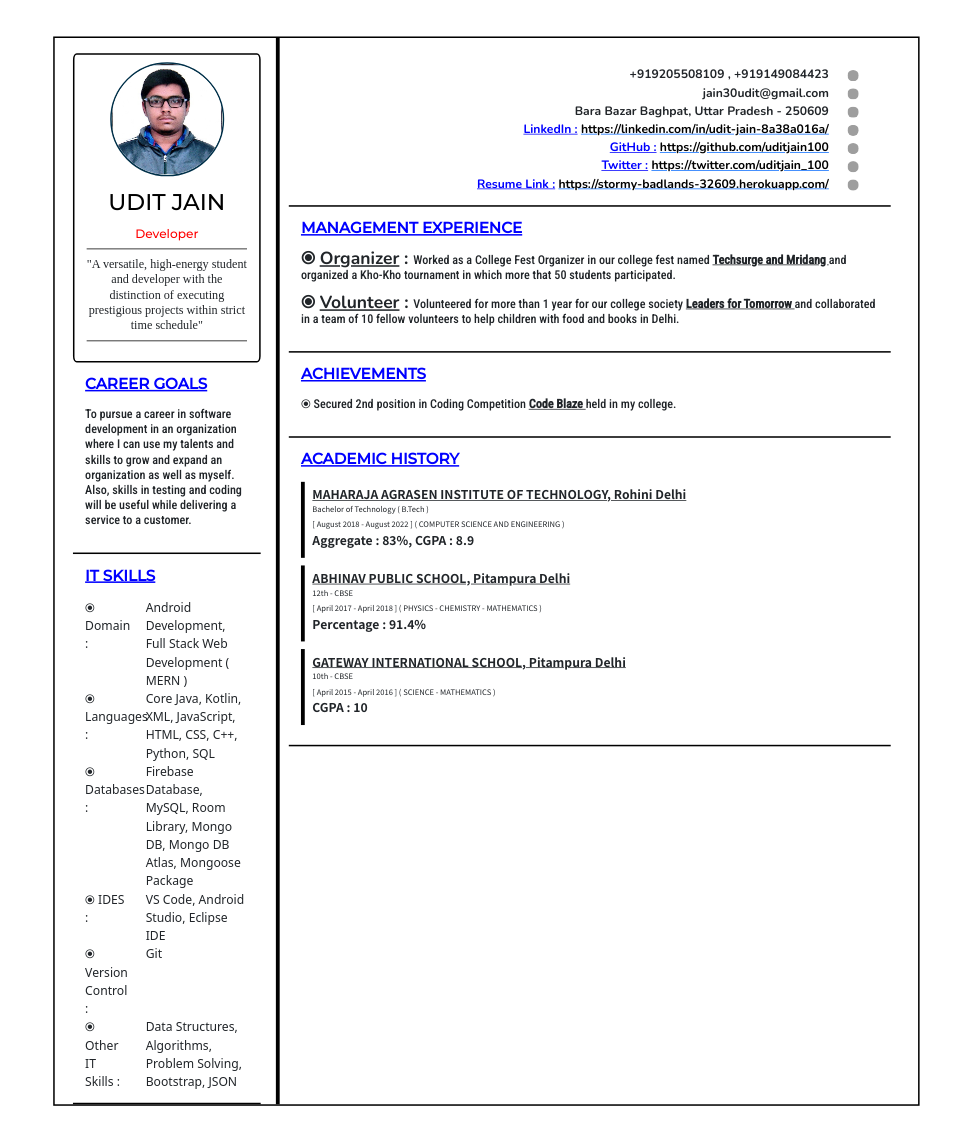
Repository: uditjain100/Resume
Page: app.html
An editor plug-in stored every save of this project. The page is shown before and after the next save, followed by the edit.
The browser window is 1280 px wide. The pictures show the whole page, at 76% of full size.
Pictures or frames that could not be fetched are drawn as grey boxes. Some web fonts or font styles are not loaded; a fallback is used.

Above is the page before, as saved 2021-05-27 18:22:09.

### app.html
<!DOCTYPE html>
<html lang="en">
	<head>
		<meta charset="UTF-8" />
		<meta http-equiv="X-UA-Compatible" content="IE=edge" />
		<meta name="viewport" content="width=device-width, initial-scale=1.0" />
		<title>RESUME : Udit Jain</title>
		<link rel="stylesheet" href="app.css" />
		<script
			src="https://code.jquery.com/jquery-3.5.1.min.js"
			integrity="sha256-9/aliU8dGd2tb6OSsuzixeV4y/faTqgFtohetphbbj0="
			crossorigin="anonymous"
		></script>
		<link
			href="https://cdn.jsdelivr.net/npm/bootstrap@5.0.0-beta1/dist/css/bootstrap.min.css"
			rel="stylesheet"
			integrity="sha384-giJF6kkoqNQ00vy+HMDP7azOuL0xtbfIcaT9wjKHr8RbDVddVHyTfAAsrekwKmP1"
			crossorigin="anonymous"
		/>

		<link rel="preconnect" href="https://fonts.gstatic.com" />
		<link
			href="https://fonts.googleapis.com/css2?family=Montserrat:wght@300;500&display=swap"
			rel="stylesheet"
		/>
		<link
			href="https://fonts.googleapis.com/css2?family=Roboto+Condensed:wght@500&display=swap"
			rel="stylesheet"
		/>
		<link
			href="https://fonts.googleapis.com/css2?family=Spartan:wght@500&display=swap"
			rel="stylesheet"
		/>
		<link
			href="https://fonts.googleapis.com/css2?family=Red+Hat+Display&display=swap"
			rel="stylesheet"
		/>
		<link
			href="https://fonts.googleapis.com/css2?family=Ubuntu:wght@300&display=swap"
			rel="stylesheet"
		/>
		<link
			href="https://fonts.googleapis.com/css2?family=Quicksand:wght@700&display=swap"
			rel="stylesheet"
		/>
		<link
			href="https://fonts.googleapis.com/css2?family=Nunito:wght@700&display=swap"
			rel="stylesheet"
		/>
		<link
			href="https://fonts.googleapis.com/css2?family=Akaya+Kanadaka&display=swap"
			rel="stylesheet"
		/>
		<link
			href="https://fonts.googleapis.com/css2?family=Poppins:wght@400&display=swap"
			rel="stylesheet"
		/>
		<link
			href="https://fonts.googleapis.com/css2?family=Noto+Sans+JP&display=swap"
			rel="stylesheet"
		/>
	</head>
	<body>
		<main class="container row my-5 mx-auto" id="wholewindow">
			<section id="leftwindow" class="col-3">
				<article id="namebox">
					<img
						id="profileimg"
						src="profile.jpg"
						class="card-img-top"
						alt="..."
					/>
					<div class="card-body">
						<h3
							class="card-title"
							style="
								color: black;
								text-decoration: none;
								font-size: 30px;
								font-weight: 400;
							"
						>
							UDIT JAIN
						</h3>
						<h6 class="card-subtitle mx-auto">Developer</h6>
						<p id="summary">
							"A versatile, high-energy student and developer with the
							distinction of executing prestigious projects within strict time
							schedule"
						</p>
					</div>
				</article>
				<article class="card-body" id="goalbox">
					<h3 class="card-title">CAREER GOALS</h3>
					<p>
						To pursue a career in software development in an organization where
						I can use my talents and skills to grow and expand an organization
						as well as myself. Also, skills in testing and coding will be useful
						while delivering a service to a customer.
					</p>
				</article>
				<article id="itskillsbox">
					<div class="card-body">
						<h3 class="card-title">IT SKILLS</h3>
						<ul class="list-group">
							<li id="itskillsitem" class="row">
								<span class="col-4" id="que">⦿ Domain : </span>
								<span class="col-8" id="ans"
									>Android Development, Full Stack Web Development ( MERN
									)</span
								>
							</li>
							<li id="itskillsitem" class="row">
								<span class="col-4" id="que">⦿ Languages : </span>
								<span class="col-8" id="ans"
									>Core Java, Kotlin, XML, JavaScript, HTML, CSS, C++, Python,
									SQL</span
								>
							</li>
							<li id="itskillsitem" class="row">
								<span class="col-4" id="que">⦿ Databases : </span>
								<span class="col-8" id="ans"
									>Firebase Database, MySQL, Room Library, Mongo DB, Mongo DB
									Atlas, Mongoose Package</span
								>
							</li>
							<li id="itskillsitem" class="row">
								<span class="col-4" id="que">⦿ IDES : </span>
								<span class="col-8" id="ans"
									>VS Code, Android Studio, Eclipse IDE</span
								>
							</li>
							<li id="itskillsitem" class="row">
								<span class="col-4" id="que">⦿ Version Control : </span>
								<span class="col-8" id="ans">Git</span>
							</li>
							<li id="itskillsitem" class="row">
								<span class="col-4" id="que">⦿ Other IT Skills : </span>
								<span class="col-8" id="ans"
									>Data Structures, Algorithms, Problem Solving, Bootstrap,
									JSON</span
								>
							</li>
						</ul>
					</div>
				</article>
			</section>
			<section id="rightwindow" class="col-9">
				<article class="card-body" id="contactbox">
					<ul class="list-group">
						<li id="contactitem" class="row">
							<div class="col-11">+919205508109 , +919149084423</div>
							<div class="col-1">
								<img
									src="https://cdn.jsdelivr.net/npm/simple-icons@3.0.1/icons/android.svg"
									alt=""
								/>
							</div>
						</li>
						<li id="contactitem" class="row">
							<div class="col-11">jain30udit@gmail.com</div>
							<div class="col-1">
								<img
									src="https://cdn.jsdelivr.net/npm/simple-icons@3.0.1/icons/gmail.svg"
									alt=""
								/>
							</div>
						</li>
						<li id="contactitem" class="row">
							<div class="col-11">
								Bara Bazar Baghpat, Uttar Pradesh - 250609
							</div>
							<div class="col-1">
								<img
									src="https://cdn.jsdelivr.net/npm/simple-icons@3.0.1/icons/googlemaps.svg"
									alt=""
								/>
							</div>
						</li>
						<li id="contactitem" class="row">
							<div class="col-11">
								<span>LinkedIn :</span>
								<a href="https://linkedin.com/in/udit-jain-8a38a016a/"
									><span id="link"
										>https://linkedin.com/in/udit-jain-8a38a016a/</span
									></a
								>
							</div>
							<div class="col-1">
								<img
									src="https://cdn.jsdelivr.net/npm/simple-icons@4.13.0/icons/linkedin.svg"
									alt=""
								/>
							</div>
						</li>
						<li id="contactitem" class="row">
							<div class="col-11">
								<span>GitHub :</span>
								<a href="https://github.com/uditjain100"
									><span id="link">https://github.com/uditjain100</span></a
								>
							</div>
							<div class="col-1">
								<img
									src="https://cdn.jsdelivr.net/npm/simple-icons@4.13.0/icons/github.svg"
									alt=""
								/>
							</div>
						</li>
						<li id="contactitem" class="row">
							<div class="col-11">
								<span>Twitter :</span>
								<a href="https://twitter.com/uditjain_100"
									><span id="link">https://twitter.com/uditjain_100</span></a
								>
							</div>
							<div class="col-1">
								<img
									src="https://cdn.jsdelivr.net/npm/simple-icons@4.13.0/icons/twitter.svg"
									alt=""
								/>
							</div>
						</li>
						<li id="contactitem" class="row">
							<div class="col-11">
								<span>Resume Link :</span>
								<a href="https://stormy-badlands-32609.herokuapp.com/"
									><span id="link"
										>https://stormy-badlands-32609.herokuapp.com/</span
									></a
								>
							</div>
							<div class="col-1">
								<img
									src="https://cdn.jsdelivr.net/npm/simple-icons@4.13.0/icons/webpack.svg"
									alt=""
								/>
							</div>
						</li>
					</ul>
				</article>

				<article class="card-body" id="managementskillsbox">
					<h3 class="card-title">MANAGEMENT EXPERIENCE</h3>
					<ul class="list-group">
						<li id="managementskillsitem">
							<p>
								<span id="tag">⦿ <span>Organizer</span> : </span>
								Worked as a College Fest Organizer in our college fest named
								<span style="font-weight: 700; text-decoration: underline"
									>Techsurge and Mridang
								</span>
								and organized a Kho-Kho tournament in which more that 50
								students participated.
							</p>
						</li>
						<li id="managementskillsitem">
							<p>
								<span id="tag">⦿ <span>Volunteer</span> : </span>
								Volunteered for more than 1 year for our college society
								<span style="font-weight: 700; text-decoration: underline"
									>Leaders for Tomorrow </span
								>and collaborated in a team of 10 fellow volunteers to help
								children with food and books in Delhi.
							</p>
						</li>
					</ul>
				</article>

				<article class="card-body" id="achievementsbox">
					<h3 class="card-title">ACHIEVEMENTS</h3>
					<ul class="list-group">
						<li id="achievementitem" class="row">
							<p>
								⦿ Secured 2nd position in Coding Competition
								<span style="font-weight: 700; text-decoration: underline"
									>Code Blaze
								</span>
								held in my college.
							</p>
						</li>
					</ul>
				</article>

				<article class="card-body" id="educationbox">
					<h3 class="card-title">ACADEMIC HISTORY</h3>
					<ul class="list-group">
						<li id="educationitem">
							<h6 id="institutename">
								MAHARAJA AGRASEN INSTITUTE OF TECHNOLOGY, Rohini Delhi
							</h6>
							<h6 id="stream">Bachelor of Technology ( B.Tech )</h6>
							<h6 id="subjects">
								[ August 2018 - August 2022 ] ( COMPUTER SCIENCE AND ENGINEERING
								)
							</h6>
							<h6 id="marks">Aggregate : 83%, CGPA : 8.9</h6>
						</li>
						<li id="educationitem">
							<h6 id="institutename">ABHINAV PUBLIC SCHOOL, Pitampura Delhi</h6>
							<h6 id="stream">12th - CBSE</h6>
							<h6 id="subjects">
								[ April 2017 - April 2018 ] ( PHYSICS - CHEMISTRY - MATHEMATICS
								)
							</h6>
							<h6 id="marks">Percentage : 91.4%</h6>
						</li>
						<li id="educationitem">
							<h6 id="institutename">
								GATEWAY INTERNATIONAL SCHOOL, Pitampura Delhi
							</h6>
							<h6 id="stream">10th - CBSE</h6>
							<h6 id="subjects">
								[ April 2015 - April 2016 ] ( SCIENCE - MATHEMATICS )
							</h6>
							<h6 id="marks">CGPA : 10</h6>
						</li>
					</ul>
				</article>
			</section>
		</main>
	</body>
</html>

### app.css
/* * Common Section */

@keyframes transitionIn {
	from {
		opacity: 0;
		transform: rotateY(-10deg);
	}
	to {
		opacity: 1;
		transform: rotateY(0);
	}
}

html {
	animation: transitionIn 1s;
}

p {
	font-family: "Roboto Condensed", sans-serif;
	line-height: 20px;
}

ul {
	list-style: none;
}
article {
	border-bottom: 2px black solid;
}

.card {
	background-color: black;
}

.card-title {
	font-family: "Montserrat";
	color: blue;
	text-decoration: underline;
	font-weight: 900;
	font-size: 20px;
	padding-bottom: 10px;
	border: none;
}

.footer {
	position: -webkit-sticky;
	left: 0;
	bottom: 0;
	width: 100%;
	color: white;
	text-align: center;
	font-family: "Montserrat";
}

/*  ********************* resume work */

#wholewindow {
	border: 2px black solid;
	display: flex;
	flex-direction: row;
	flex-wrap: wrap;
	justify-content: space-evenly;
	/* align-items: center; */
}

#leftwindow {
	border-right: 5px black solid;
	padding: 20px 20px 0px 0px;
	min-width: 250px;
}

#rightwindow {
	padding-top: 20px;
	min-width: 250px;
}

#namebox {
	display: flex;
	flex-direction: column;
	flex-wrap: wrap;
	align-items: center;
	text-align: center;
	font-family: "Montserrat";
	border: 2px black solid;
	border-radius: 2%;
}

#profileimg {
	width: 150px;
	height: 150px;
	border-radius: 50%;
	border: 2px #003049 solid;
	margin-top: 10px;
}
#summary {
	font-family: "Akaya Kanadaka";
	margin-top: 10px;
	margin-bottom: 10px;
	padding-top: 10px;
	padding-bottom: 10px;

	border-bottom: 1px black solid;
	border-top: 1px black solid;
}

.card-subtitle {
	color: red;
}

#managementskillsitem p {
	line-height: 20px;
}

#tag {
	font-family: "Nunito";
	font-size: 23px;
	font-weight: 900;
	text-align: left;
}

#tag span {
	text-decoration: underline;
}

li img {
	width: 15px;
	height: 15px;
	border-radius: 50%;
	margin-right: 5px;
}

#contactbox {
	border-bottom: 2px black solid;
}

#contactitem {
	font-family: "Nunito";
}

#contactitem .col-11 {
	text-align: end;
}

#contactitem .col-11 span {
	font-weight: 600;
	color: blue;
	text-decoration: underline;
}

#contactitem .col-11 a span {
	color: black;
	text-decoration: none;
}

#educationtitle {
	font-family: "Red Hat Display";
	font-weight: 200;
}

#educationitem,
#projectitem {
	margin-bottom: 10px;
	padding: 10px 0px 10px 10px;
	border-left: 5px black solid;
}

#educationbox {
	font-family: "Noto Sans JP";
}

#educationitem h6 {
	line-height: 12px;
}

#institutename {
	text-decoration: underline;
	font-weight: 800;
	font-size: 16px;
}

#timestamp {
	font-size: 10px;
}

#stream {
	font-size: 10px;
	font-weight: 400;
}

#subjects {
	font-size: 10px;
	font-weight: 300;
}

#marks {
	/* font-size: 15px; */
	font-weight: 700;
}

#projecttitle {
	font-family: "Red Hat Display";
	font-weight: 400;
}

#projectdetails {
	margin-left: 25px;
}

After the next save:
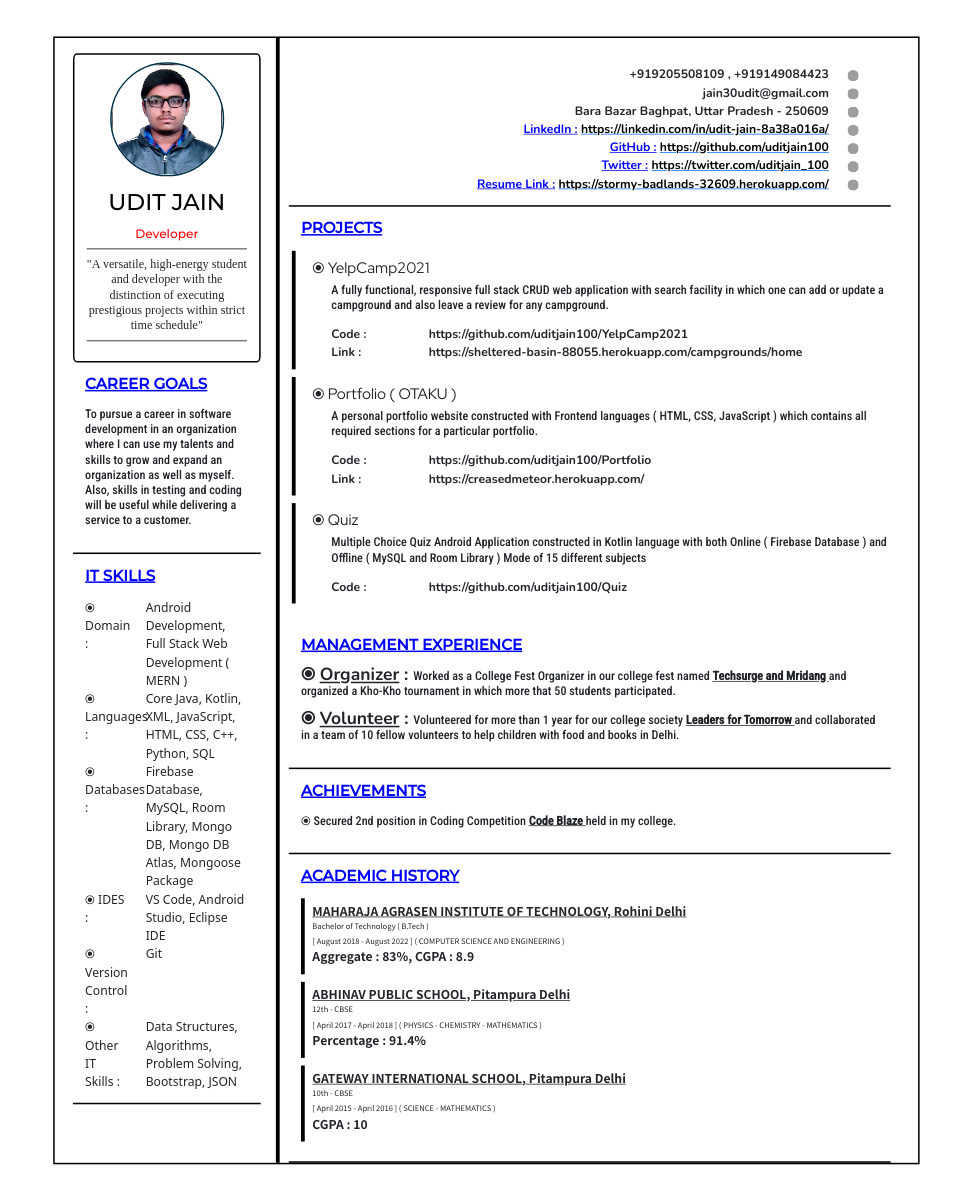
Saved 3 min 48 s later.
--- a/app.html
+++ b/app.html
@@ -90,6 +90,7 @@
 						</p>
 					</div>
 				</article>
+
 				<article class="card-body" id="goalbox">
 					<h3 class="card-title">CAREER GOALS</h3>
 					<p>
@@ -99,6 +100,7 @@
 						while delivering a service to a customer.
 					</p>
 				</article>
+
 				<article id="itskillsbox">
 					<div class="card-body">
 						<h3 class="card-title">IT SKILLS</h3>
@@ -238,6 +240,94 @@
 							</div>
 						</li>
 					</ul>
+				</article>
+
+				<article id="projectbox" style="border: none">
+					<div class="card-body">
+						<h3 class="card-title">PROJECTS</h3>
+						<ul class="list-group">
+							<li id="projectitem" class="row">
+								<h5 id="projecttitle" class="display-10">⦿ YelpCamp2021</h5>
+								<div id="projectdetails">
+									<p>
+										A fully functional, responsive full stack CRUD web
+										application with search facility in which one can add or
+										update a campground and also leave a review for any
+										campground.
+									</p>
+									<ul class="list-group">
+										<li id="contactitem" class="row">
+											<div class="col-2">
+												<span style="font-weight: 700">Code : </span>
+											</div>
+											<div id="link" class="col-10">
+												https://github.com/uditjain100/YelpCamp2021
+											</div>
+										</li>
+										<li id="contactitem" class="row">
+											<div class="col-2">
+												<span style="font-weight: 700">Link : </span>
+											</div>
+											<div id="link" class="col-10">
+												https://sheltered-basin-88055.herokuapp.com/campgrounds/home
+											</div>
+										</li>
+									</ul>
+								</div>
+							</li>
+							<li id="projectitem" class="row">
+								<h5 id="projecttitle" class="display-10">
+									⦿ Portfolio ( OTAKU )
+								</h5>
+								<div id="projectdetails">
+									<p>
+										A personal portfolio website constructed with Frontend
+										languages ( HTML, CSS, JavaScript ) which contains all
+										required sections for a particular portfolio.
+									</p>
+									<ul class="list-group">
+										<li id="contactitem" class="row">
+											<div class="col-2">
+												<span style="font-weight: 700">Code : </span>
+											</div>
+											<div id="link" class="col-10">
+												https://github.com/uditjain100/Portfolio
+											</div>
+										</li>
+										<li id="contactitem" class="row">
+											<div class="col-2">
+												<span style="font-weight: 700">Link : </span>
+											</div>
+											<div id="link" class="col-10">
+												https://creasedmeteor.herokuapp.com/
+											</div>
+										</li>
+									</ul>
+								</div>
+							</li>
+							<li id="projectitem" class="row">
+								<h5 id="projecttitle" class="display-10">⦿ Quiz</h5>
+								<div id="projectdetails">
+									<p>
+										Multiple Choice Quiz Android Application constructed in
+										Kotlin language with both Online ( Firebase Database ) and
+										Offline ( MySQL and Room Library ) Mode of 15 different
+										subjects
+									</p>
+									<ul class="list-group">
+										<li id="contactitem" class="row">
+											<div class="col-2">
+												<span style="font-weight: 700">Code : </span>
+											</div>
+											<div id="link" class="col-10">
+												https://github.com/uditjain100/Quiz
+											</div>
+										</li>
+									</ul>
+								</div>
+							</li>
+						</ul>
+					</div>
 				</article>
 
 				<article class="card-body" id="managementskillsbox">
